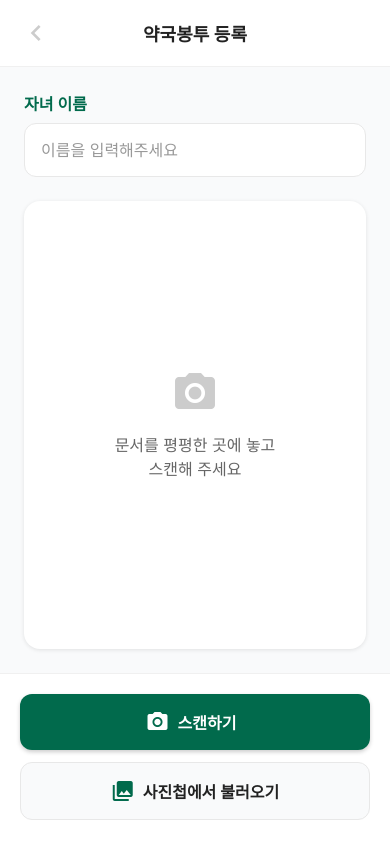
Repository: Sesac-icare/FrontEndiCare
Screen: /RegisterPrescription (app in iCare/)
These files come from the project's save history. The screen is drawn as it stood at one moment and after the next save; the edit follows.
The app was drawn by React Native's web renderer in a window 390 px wide. The project was rebuilt for these pictures with package versions that can differ from the ones it lists, and the page was loaded fresh each time. Some packages were replaced by stand-ins written for this rebuild. Also part of the build but not shown: iCare/components/Header.js, iCare/components/Contents.js, iCare/components/HospitalList.js, iCare/components/PharmacyList.js, iCare/components/MyPage.js, iCare/components/auth/SignUp.js, iCare/components/DocumentStorage.js.

Above is the screen before, as saved 2025-02-06 16:51:54.

After the next save:
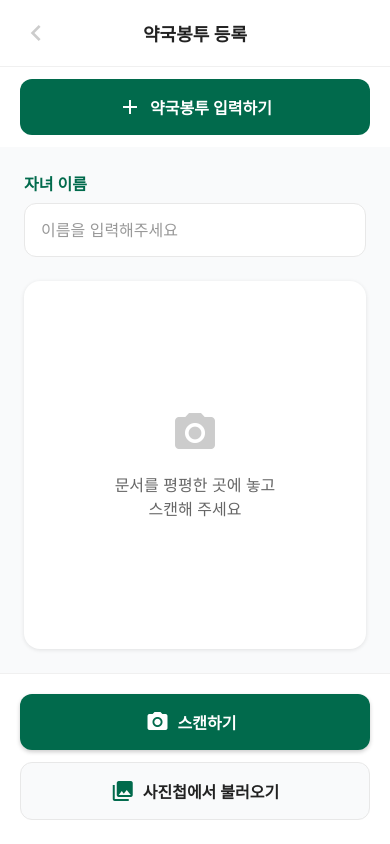
Saved 2 min 7 s later.
--- a/iCare/components/RegisterPrescription.js
+++ b/iCare/components/RegisterPrescription.js
@@ -193,6 +193,14 @@ export default function RegisterPrescription() {
           </TouchableOpacity>
           <Text style={styles.headerTitle}>약국봉투 등록</Text>
         </View>
+
+        <TouchableOpacity
+          style={styles.addButton}
+          onPress={() => navigation.navigate("RegisterPrescription")}
+        >
+          <MaterialIcons name="add" size={24} color="#fff" />
+          <Text style={styles.addButtonText}>약국봉투 입력하기</Text>
+        </TouchableOpacity>
 
         <View style={styles.content}>
           <View style={styles.inputSection}>
@@ -535,5 +543,21 @@ const styles = StyleSheet.create({
     fontSize: 12,
     marginTop: 4,
     marginLeft: 4
+  },
+  addButton: {
+    flexDirection: 'row',
+    alignItems: 'center',
+    justifyContent: 'center',
+    backgroundColor: '#016A4C',
+    padding: 16,
+    marginHorizontal: 20,
+    marginVertical: 12,
+    borderRadius: 12
+  },
+  addButtonText: {
+    color: '#fff',
+    fontSize: 16,
+    fontWeight: '600',
+    marginLeft: 8
   }
 });

After the save that followed:
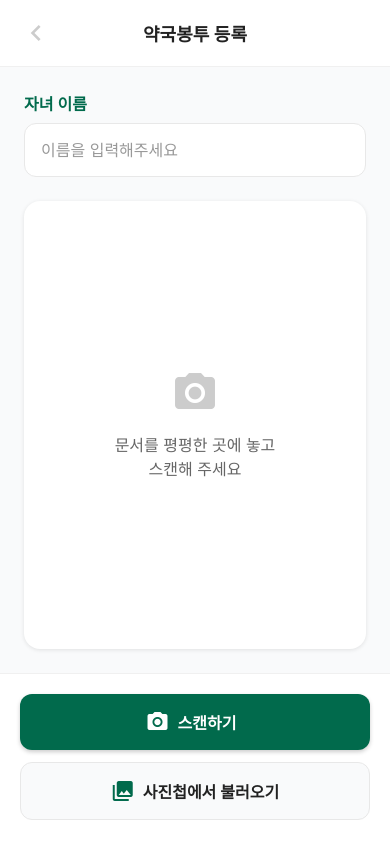
Saved 24 s later.
--- a/iCare/components/RegisterPrescription.js
+++ b/iCare/components/RegisterPrescription.js
@@ -193,14 +193,6 @@ export default function RegisterPrescription() {
           </TouchableOpacity>
           <Text style={styles.headerTitle}>약국봉투 등록</Text>
         </View>
-
-        <TouchableOpacity
-          style={styles.addButton}
-          onPress={() => navigation.navigate("RegisterPrescription")}
-        >
-          <MaterialIcons name="add" size={24} color="#fff" />
-          <Text style={styles.addButtonText}>약국봉투 입력하기</Text>
-        </TouchableOpacity>
 
         <View style={styles.content}>
           <View style={styles.inputSection}>
@@ -543,21 +535,5 @@ const styles = StyleSheet.create({
     fontSize: 12,
     marginTop: 4,
     marginLeft: 4
-  },
-  addButton: {
-    flexDirection: 'row',
-    alignItems: 'center',
-    justifyContent: 'center',
-    backgroundColor: '#016A4C',
-    padding: 16,
-    marginHorizontal: 20,
-    marginVertical: 12,
-    borderRadius: 12
-  },
-  addButtonText: {
-    color: '#fff',
-    fontSize: 16,
-    fontWeight: '600',
-    marginLeft: 8
   }
 });
